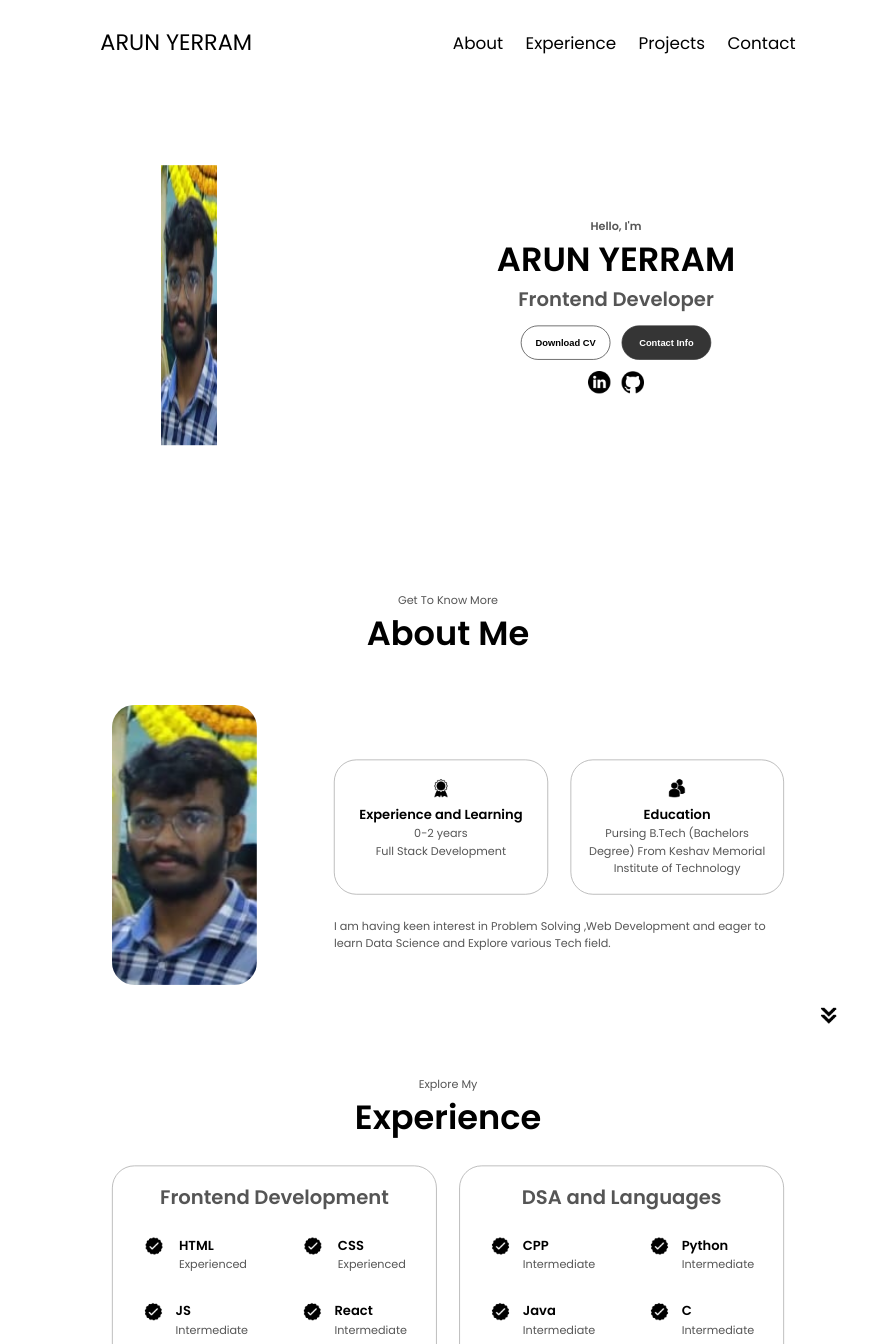
Repository: ARUN-YERRAM/ARUN-YERRAM-PORTFOLIO
Page: portfolio/index.html
An editor plug-in stored every save of this project. The page is shown before and after a run of saves, followed by the edit.
The browser window is 1280 px wide. The pictures show the part of the page from y = 0 to 1920 px (the page is 3401 px tall), at 70% of full size.

Above is the page before, as saved 2024-07-07 04:22:25.

After the next 2 saves:
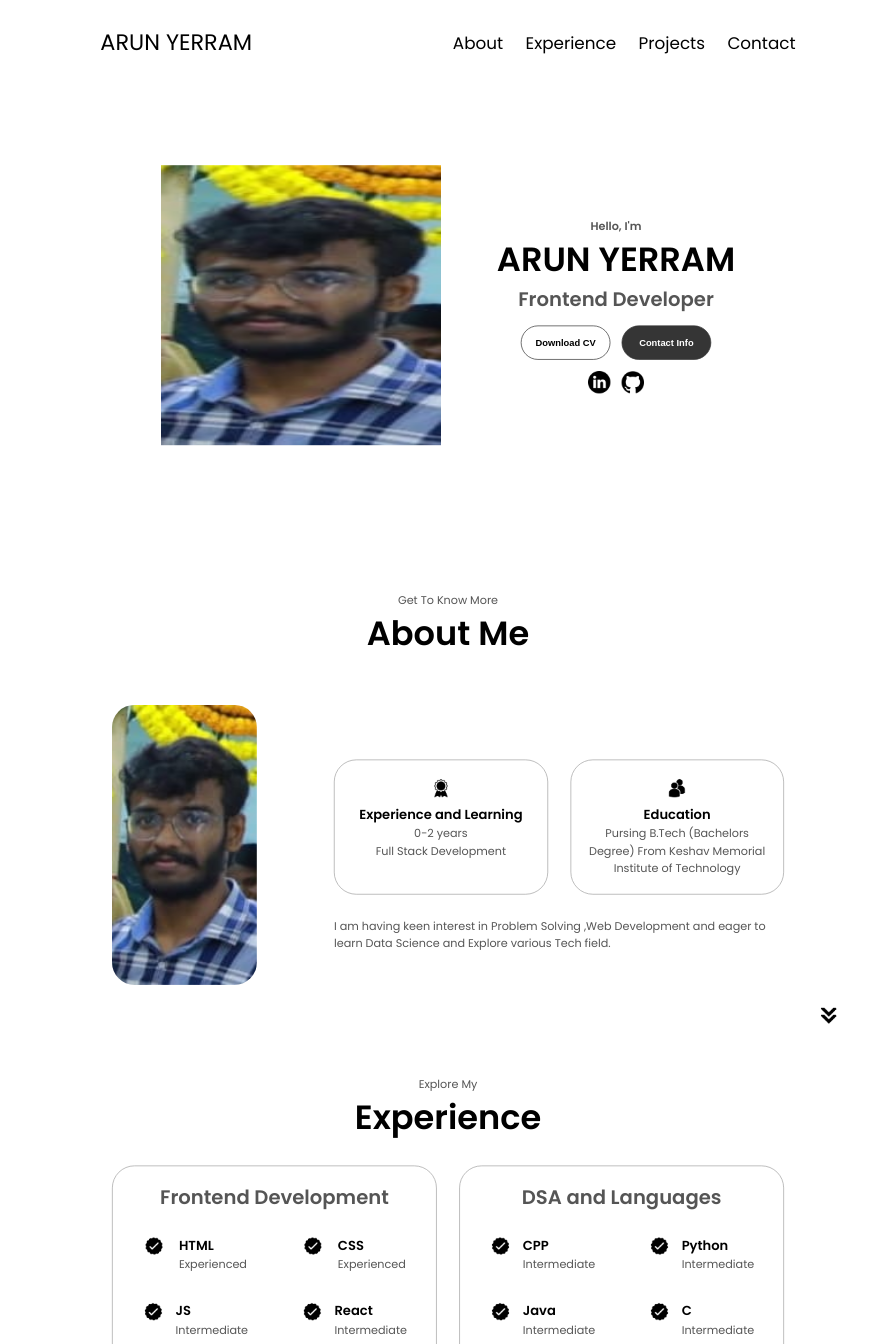
The 2 saves are shown as one change because they came seconds apart.
The last was saved 8 s later.
--- a/portfolio/index.html
+++ b/portfolio/index.html
@@ -38,7 +38,7 @@
     </nav>
     <section id="profile">
       <div class="section__pic-container">
-        <img src="./assets/Photo1.jpg" alt="John Doe profile picture" width = "80px" />
+        <img src="./assets/Photo1.jpg" alt="John Doe profile picture" width = "400px" />
       </div>
       <div class="section__text">
         <p class="section__text__p1">Hello, I'm</p>
